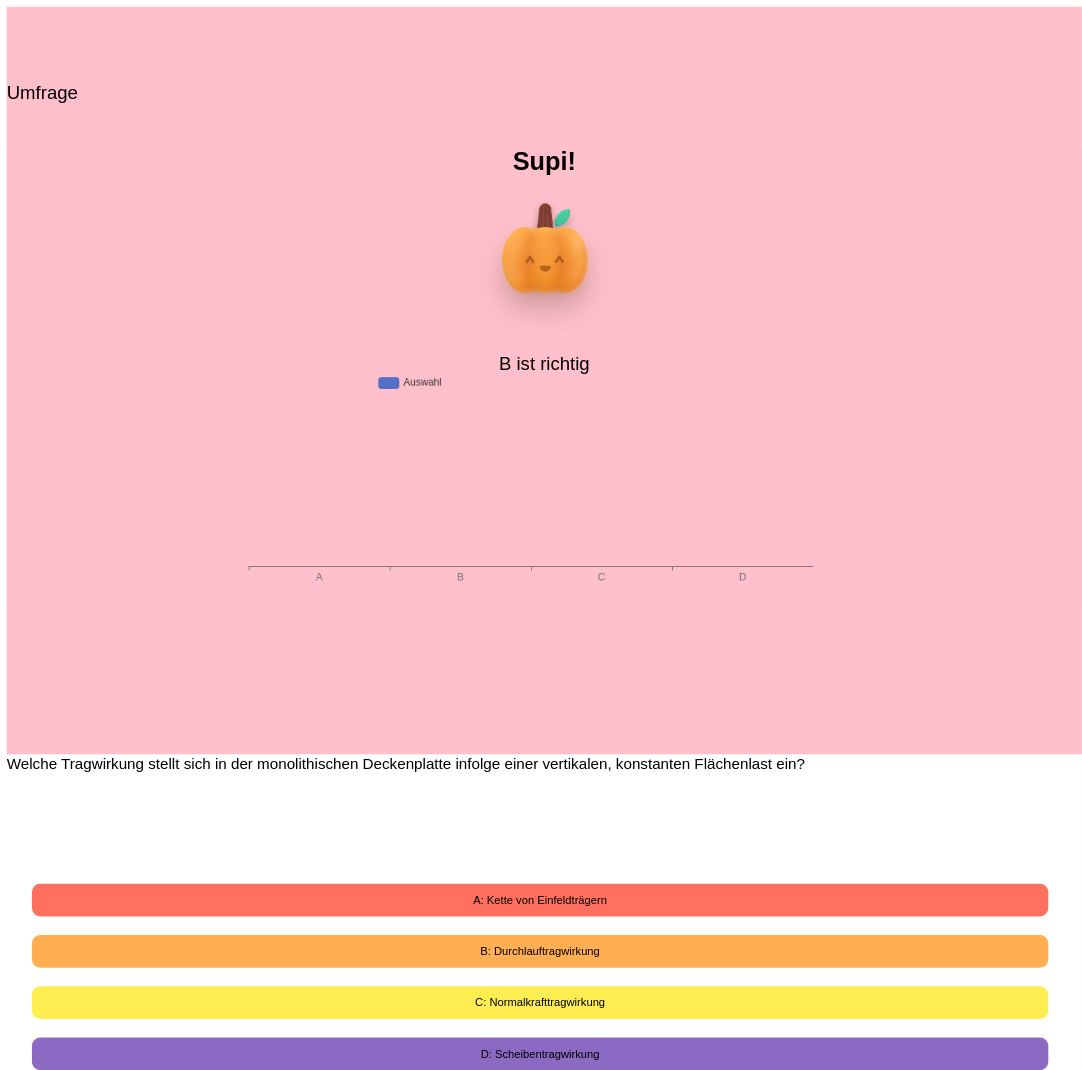
Repository: HyunraDate/Quinlan
Page: /Ergebnis1
The author's editor kept a copy of each file at every save. The page is drawn from the files as they stood at one save, then again after the next save.
The browser window is 1280 px wide. The page is 1288 px wide, so the pictures cover 1288 px, including what lies to the right of the window. The pictures show the whole page, at 84% of full size.
The page's requests for data from a server got no answer. The project was rebuilt for these pictures with package versions that can differ from the ones it lists, and the page was loaded fresh each time. No one was signed in, and anything a server would have sent is missing. Also part of the build but not shown: vite.config.js, src/views/Ergebnis2.vue, src/views/Erklaerung.vue.

Above is the page before, as saved 2023-07-03 16:14:07.

After the next save:
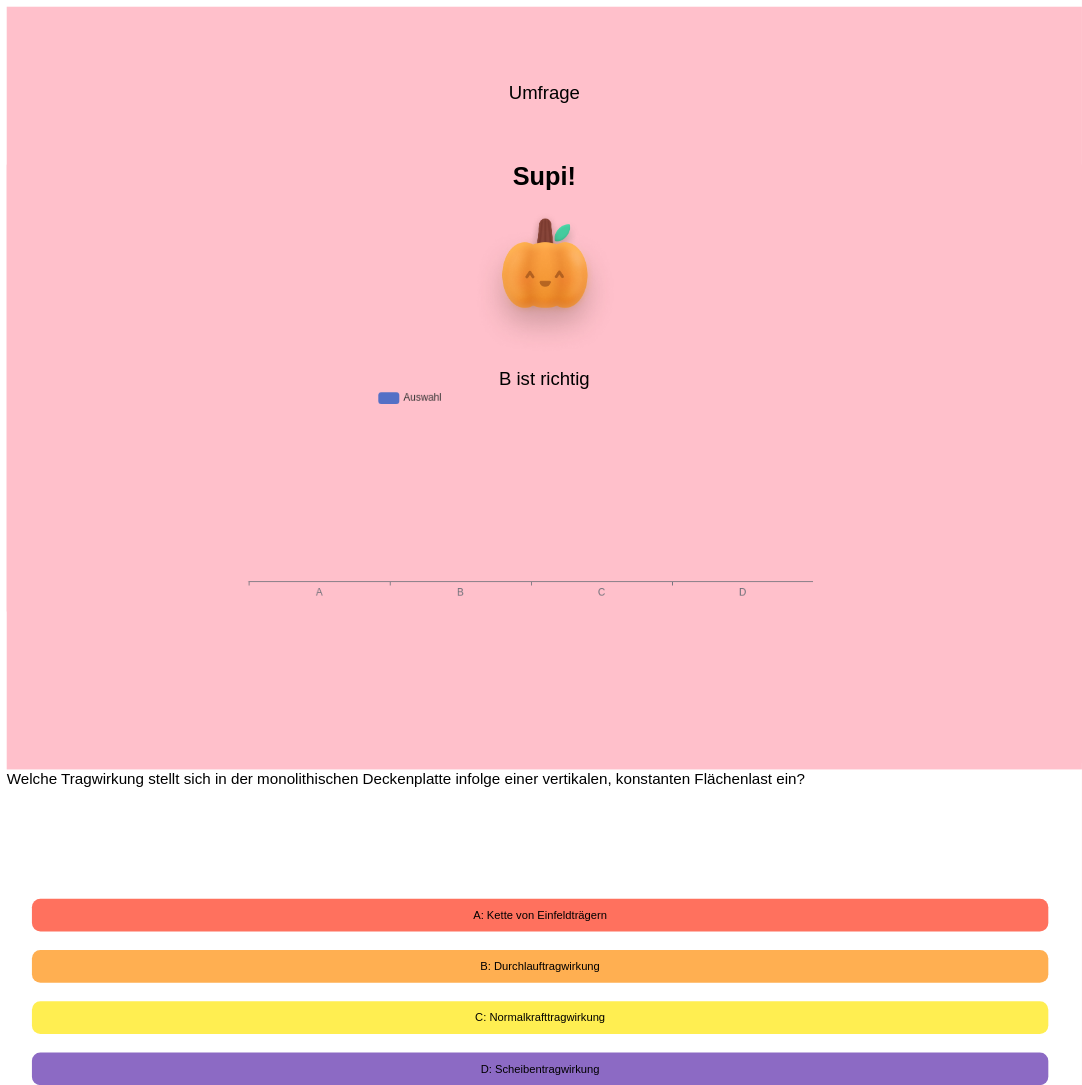
Saved 2 min 43 s later.
--- a/src/views/FragePage.vue
+++ b/src/views/FragePage.vue
@@ -132,22 +132,22 @@ export default {
 <body >
 <div>
   <!-- <div class="flex-col page"> </div>  太占位啦！-->
-    <div class="flex flex-col items-center">  </div>
+    <div class="flex flex-col items-center">
     <br/><br/><br/><br/><br/>
-    <span class="font_1" style="{
+    <span class="font_1">Umfrage</span>
+    <!--style="{
       margin: 0;
       font-size: 1.38rem;
       font-family: Inter;
-      /* text-align:center; didnt work? */
       line-height: 1.63rem;
       color: #000000;
       font-family: 'Work Sans', sans-serif;
       text-align: center;
-      }">Umfrage
-    </span>
+      }"-->
     <br/><br/>
     <br/><br/>
   <router-view/>
+  </div>
 
 <!-- onload="run()" 这里加载不了 这个onload function欸-->
 <!-- wird in <span id="spanId" style="color:#FE9637">60</span>Sekunden springen! -->
